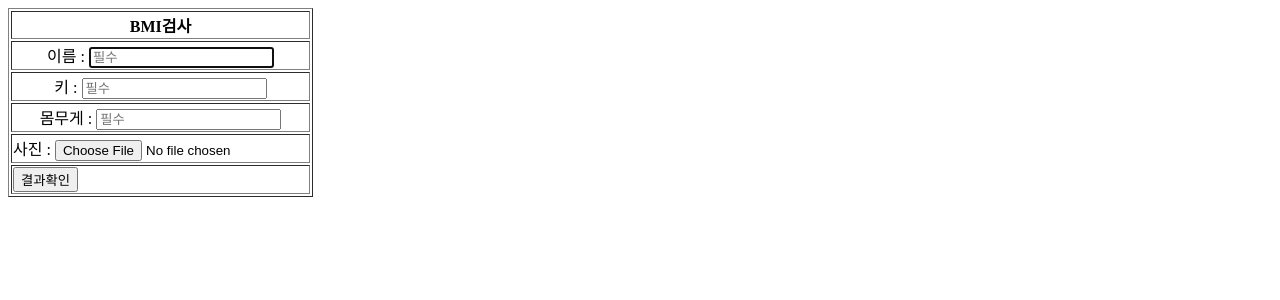
Repository: kmw7691/Soldesk
Page: Nov14_1_JSPModel2_BMI/src/main/webapp/BMIV1.html
The author's editor kept a copy of each file at every save. The page is drawn from the files as they stood at one save, then again after the next save.
The browser window is 1280 px wide. The pictures show the whole page.

Above is the page before, as saved 2023-11-14 01:14:06.

After the next save:
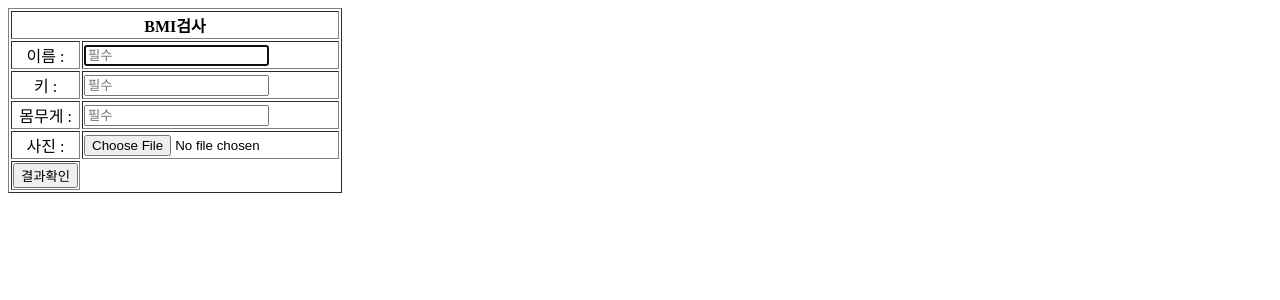
Saved 65 s later.
--- a/Nov14_1_JSPModel2_BMI/src/main/webapp/BMIV1.html
+++ b/Nov14_1_JSPModel2_BMI/src/main/webapp/BMIV1.html
@@ -12,16 +12,20 @@
 		<table border="1">
 		<tr><th colspan="2">BMI검사</th></tr>
 		<tr>
-			<td align="center">이름 : <input name="name" placeholder="필수" maxlength="10" autofocus="autofocus" autocomplete="off"></td>
+			<td align="center">이름 : </td>
+			<td><input name="name" placeholder="필수" maxlength="10" autofocus="autofocus" autocomplete="off"></td>
 		</tr>
 		<tr>
-			<td align="center">키 : <input name="height" placeholder="필수" autocomplete="off"></td>
+			<td align="center">키 :</td>
+			<td><input name="height" placeholder="필수" autocomplete="off"></td>
 		</tr>
 		<tr>
-			<td align="center">몸무게 : <input name="weight" placeholder="필수" autocomplete="off"></td>
+			<td align="center">몸무게 :</td>
+			<td><input name="weight" placeholder="필수" autocomplete="off"></td>
 		</tr>
 		<tr>
-			<td align="center">사진 : <input name="photo" type="file"></td>
+			<td align="center">사진 :</td>
+			<td><input name="photo" type="file"></td>
 		</tr>
 			<tr><td><button>결과확인</button></td></tr>
 		</table>
